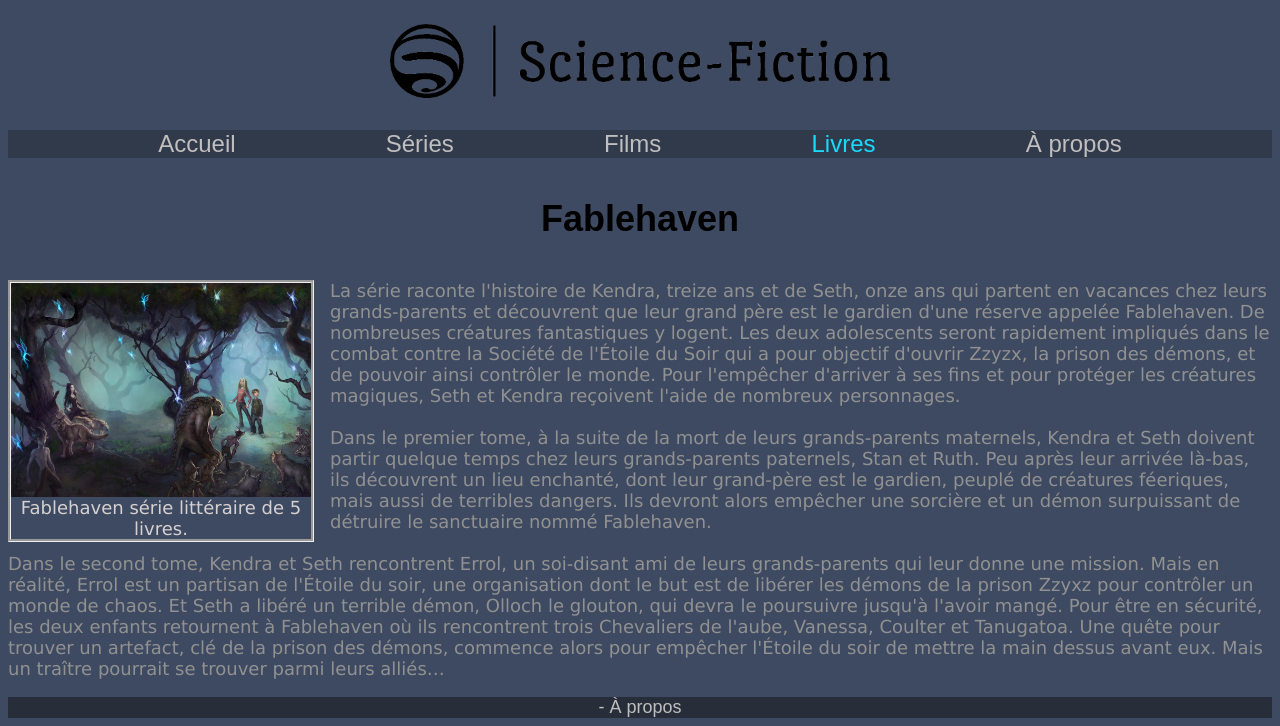
Repository: Emalios/Projet-Web
Page: html/livres/fablehaven.html
The author's editor kept a copy of each file at every save. The page is drawn from the files as they stood at one save, then again after the next save.
The browser window is 1280 px wide. The pictures show the whole page.

Above is the page before, as saved 2020-11-11 20:52:34.

### html/livres/fablehaven.html
<!DOCTYPE html>
<html lang="fr" dir="ltr">

<head>
  <meta charset="utf-8">
  <meta name="viewport" content="width=device-width, initial-scale=1.0">
  <title>Fablehaven</title>
  <link rel="icon" href="../../images/small_icon.png" type="image/png">
  <link rel="stylesheet" href="../../css/common.css">
  <link rel="stylesheet" href="../../css/description.css">
</head>

<body>
  <header>
    <img id="logo" src="../../images/logo_large.png" alt="logo de Science-fiction">

    <nav class="navbar">
      <a href="../../index.html" class="nav-link">Accueil</a>
      <a href="../series.html" class="nav-link">Séries</a>
      <a href="../films.html" class="nav-link">Films</a>
      <a href="../livres.html" id="active" class="nav-link">Livres</a>
      <a href="../a-propos.html" class="nav-link">À propos</a>
    </nav>
  </header>
  <h1 id="title">Fablehaven</h1>
  <figure class="figure_descriptive">
    <img class="image_descriptive" alt="Kendra et Seth, s'enfonçant dans la forêt enchanté" src="../../images/page-livre/fablehaven-scene.jpg" />
    <figcaption class="description">Fablehaven série littéraire de 5 livres.</figcaption>
  </figure>
  <main>
    <p class="resume">La série raconte l'histoire de Kendra, treize ans et de Seth, onze ans qui partent en vacances chez leurs grands-parents et découvrent que leur grand père est le gardien d'une réserve appelée Fablehaven. De nombreuses
      créatures fantastiques y logent. Les deux adolescents seront rapidement impliqués dans le combat contre la Société de l'Étoile du Soir qui a pour objectif d'ouvrir Zzyzx, la prison des démons, et de pouvoir ainsi contrôler le monde. Pour
      l'empêcher d'arriver à ses fins et pour protéger les créatures magiques, Seth et Kendra reçoivent l'aide de nombreux personnages.</br></br>

      Dans le premier tome, à la suite de la mort de leurs grands-parents maternels, Kendra et Seth doivent partir quelque temps chez leurs grands-parents paternels, Stan et Ruth. Peu après leur arrivée là-bas, ils découvrent un lieu enchanté, dont
      leur grand-père est le gardien, peuplé de créatures féeriques, mais aussi de terribles dangers. Ils devront alors empêcher une sorcière et un démon surpuissant de détruire le sanctuaire nommé Fablehaven.</br></br>

      Dans le second tome, Kendra et Seth rencontrent Errol, un soi-disant ami de leurs grands-parents qui leur donne une mission. Mais en réalité, Errol est un partisan de l'Étoile du soir, une organisation dont le but est de libérer les démons de
      la prison Zzyxz pour contrôler un monde de chaos. Et Seth a libéré un terrible démon, Olloch le glouton, qui devra le poursuivre jusqu'à l'avoir mangé. Pour être en sécurité, les deux enfants retournent à Fablehaven où ils rencontrent trois
      Chevaliers de l'aube, Vanessa, Coulter et Tanugatoa. Une quête pour trouver un artefact, clé de la prison des démons, commence alors pour empêcher l'Étoile du soir de mettre la main dessus avant eux. Mais un traître pourrait se trouver parmi
      leurs alliés…
    </p>
  </main>
  <footer><a href="../a-propos.html" class="footer-link">- À propos</a></footer>
</body>


</html>

### css/common.css
body {
  background-color: #3e4a61;
  font-size: 18px;
  font-family: "Source Sans Pro", sans-serif;
}

#logo {
  display: block;
  margin-left: auto;
  margin-right: auto;
  padding-top: 1rem;
  padding-bottom: 2rem;
  max-width: 500px;
}

ul {
  list-style: none outside none;
}

.navbar {
  font-size: 24px;
  display: flex;
  flex-wrap: wrap;
  justify-content: space-evenly;
  padding: 0;
  background-color: #313a4b;
}

.nav-link, .footer-link {
  text-decoration: none;
  color: #c0bebe;
}

.nav-link:hover {
  color: #19dafa;
}

#active {
  color: #19dafa !important;
}

#title {
  text-align: center;
  padding: 1rem;
}

footer {
  background-color: #272e3a;
  text-align: center;
}

@media all and (max-width: 700px) {
  #logo {
    display: block;
    margin-left: auto;
    margin-right: auto;
    padding-top: 1em;
    width: 85%;
    max-width: 500px;
  }

}

### css/description.css
.resume, .description {
  color: #919191;
  font-family: Verdana, sans-serif;
}

.description {
    color: #d6d0d0;
}

.figure_descriptive {
    margin: 0;
    margin-right: 1rem;
    width: min-content;
    display: flex;
    flex-direction: column;
    float: left;
    text-align: center;
    border-style: groove;
}

.description {
  margin: 0;
  width: 100%;
  text-align: center;
}

.image_descriptive {
  float: left;
  width: 100%;
  min-width: 300px;
}

After the next save:
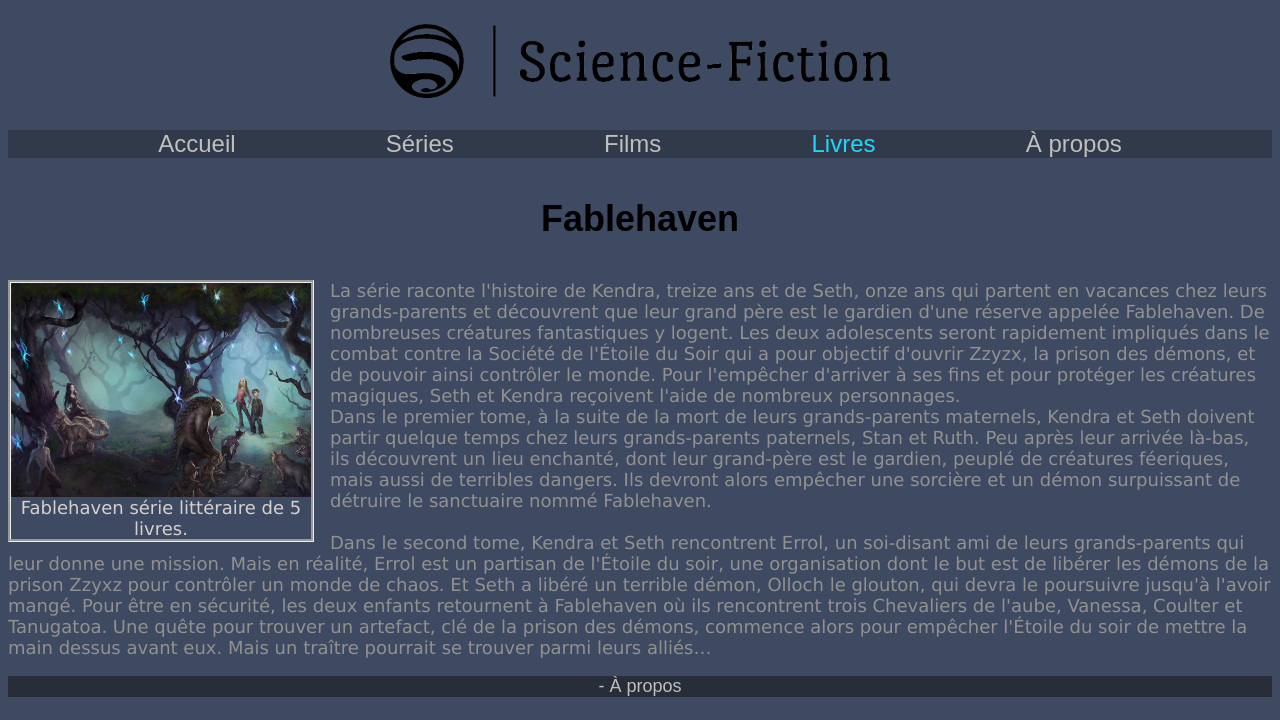
Saved 5 s later.
--- a/html/livres/fablehaven.html
+++ b/html/livres/fablehaven.html
@@ -30,7 +30,7 @@
   <main>
     <p class="resume">La série raconte l'histoire de Kendra, treize ans et de Seth, onze ans qui partent en vacances chez leurs grands-parents et découvrent que leur grand père est le gardien d'une réserve appelée Fablehaven. De nombreuses
       créatures fantastiques y logent. Les deux adolescents seront rapidement impliqués dans le combat contre la Société de l'Étoile du Soir qui a pour objectif d'ouvrir Zzyzx, la prison des démons, et de pouvoir ainsi contrôler le monde. Pour
-      l'empêcher d'arriver à ses fins et pour protéger les créatures magiques, Seth et Kendra reçoivent l'aide de nombreux personnages.</br></br>
+      l'empêcher d'arriver à ses fins et pour protéger les créatures magiques, Seth et Kendra reçoivent l'aide de nombreux personnages.<br>
 
       Dans le premier tome, à la suite de la mort de leurs grands-parents maternels, Kendra et Seth doivent partir quelque temps chez leurs grands-parents paternels, Stan et Ruth. Peu après leur arrivée là-bas, ils découvrent un lieu enchanté, dont
       leur grand-père est le gardien, peuplé de créatures féeriques, mais aussi de terribles dangers. Ils devront alors empêcher une sorcière et un démon surpuissant de détruire le sanctuaire nommé Fablehaven.</br></br>
